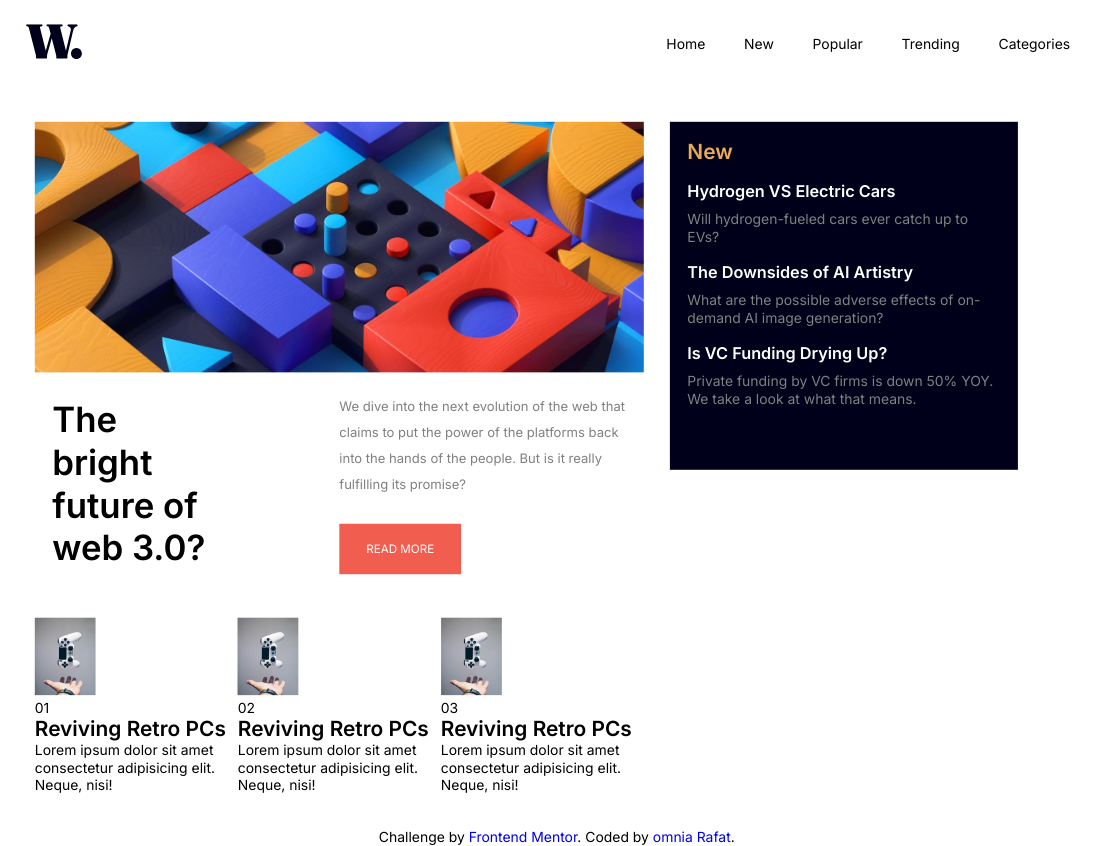
Repository: OmniaRafat232111121/HomePage
Page: index.html
The author's editor kept a copy of each file at every save. The page is drawn from the files as they stood at one save, then again after a run of saves.
The browser window is 1280 px wide. The pictures show the whole page, at 87% of full size.

Above is the page before, as saved 2022-12-17 17:32:10.

After the next 3 saves:
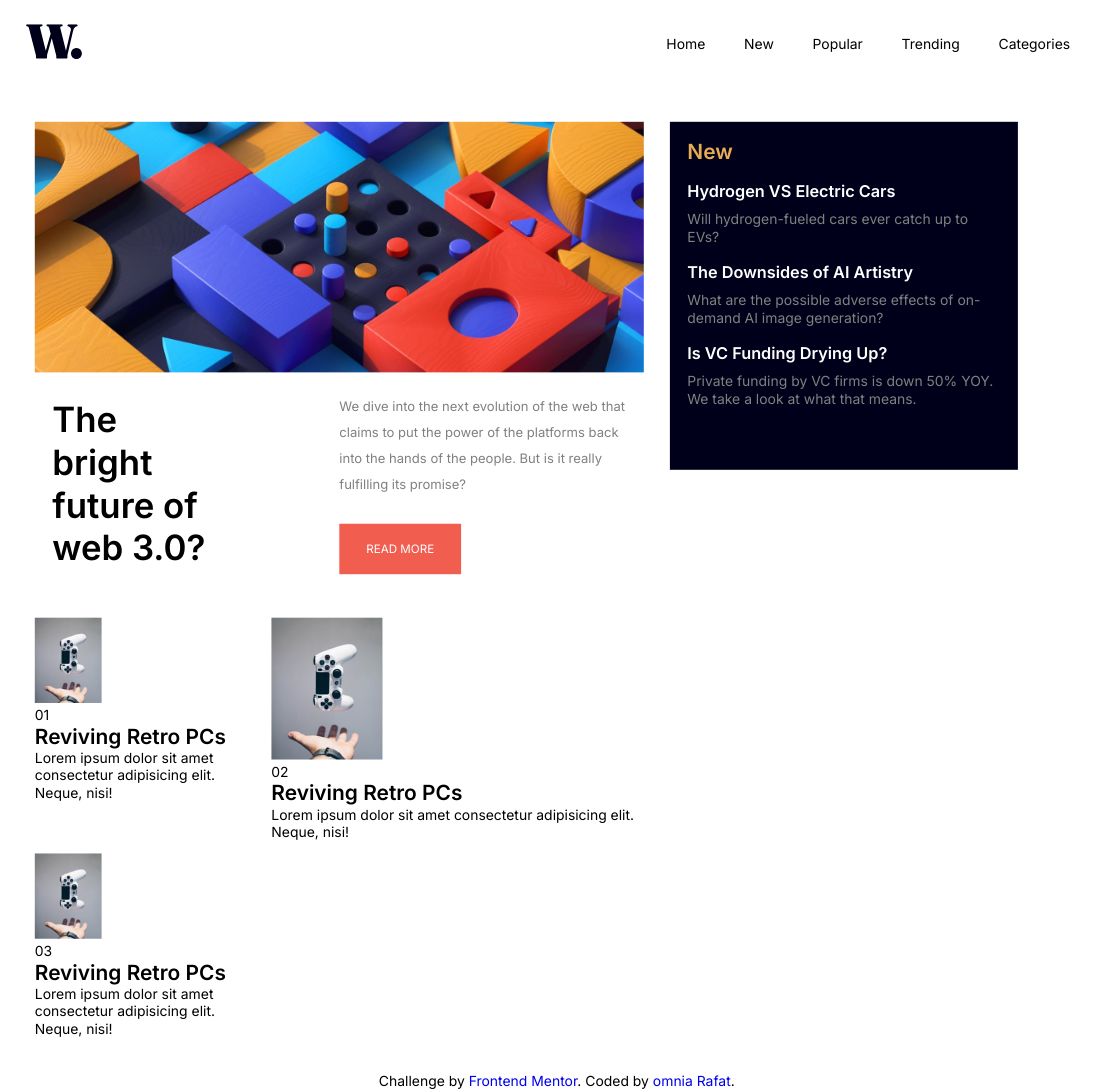
The 3 saves are shown as one change because they came seconds apart.
The last was saved 36 s later.
--- a/style.css
+++ b/style.css
@@ -106,9 +106,9 @@ background-color: #000;
     text-align: center;
 }
 .products{
-display:flex;
-align-items: center;
-justify-content:center
+ display: grid;
+gap: 15px;
+grid-template-columns: 0.6fr 1fr;
 
 }
 .product .image img{
